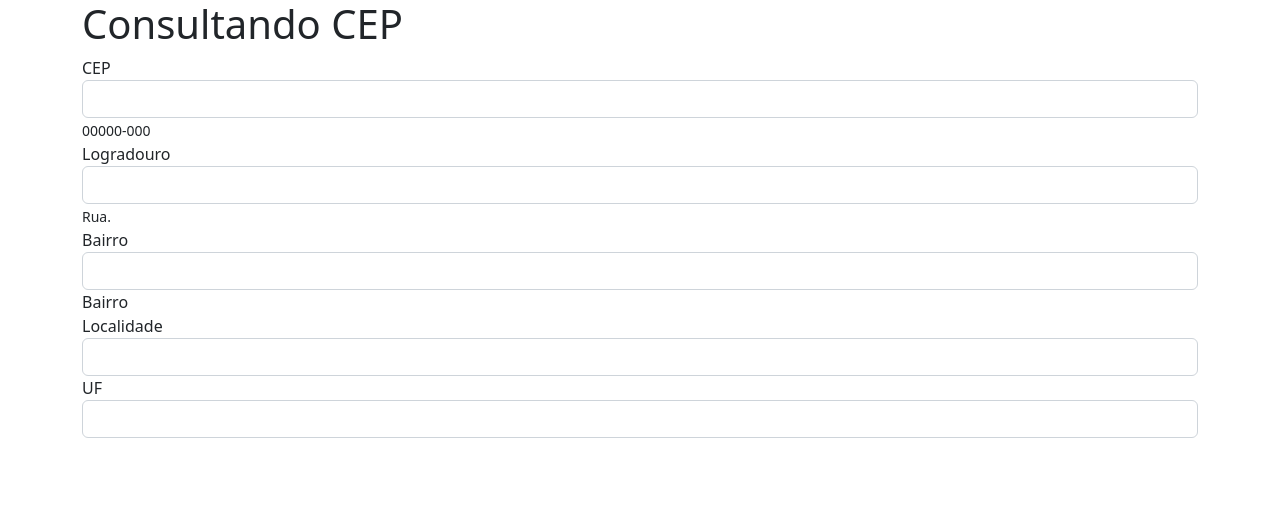
Repository: Mardoqueu/fetch-CEP
Page: index.html
These files come from the project's save history. The page is drawn as it stood at one moment and after a run of saves; the edit follows.
The browser window is 1280 px wide. The pictures show the whole page.

Above is the page before, as saved 2022-10-26 10:41:44.

### index.html
<!DOCTYPE html>
<html lang="pt-br">
<head>
  <meta charset="UTF-8">
  <meta http-equiv="X-UA-Compatible" content="IE=edge">
  <meta name="viewport" content="width=device-width, initial-scale=1.0">
  <title>Consulta CEP</title>
  <link rel="stylesheet" href="node_modules/bootstrap/dist/css/bootstrap.min.css">
</head>
<body>
    <div class="container">
      <h1>Consultando CEP</h1>
      <form>
        <div class="form-group"><label for="cep">CEP</label><input type="text" class="form-control" maxlength="9" id="cep"><small>00000-000</small></div>
        <div class="form-group"><label for="logradouro">Logradouro</label><input type="text" class="form-control" id="logradouro"><small>Rua.</small></div>
        <div class="form-group"><label for="bairro">Bairro</label><input type="text" class="form-control" id="bairro"><small></small>Bairro</div>
        <div class="form-group"><label for="Localidade">Localidade</label><input type="text" class="form-control" id="localidade"><small></small></div>
        <div class="form-group"><label for="uf">UF</label><input type="text" class="form-control" id="uf"><small></small></div>
      </form>
    </div>
    <script src="src/js/main.js"></script>
</body>
</html>

### src/js/main.js
const cep = document.querySelector('#cep')

cep.addEventListener('blur', (e) => {
    console.log(cep.value)
})

Loaded but not shown: node_modules/bootstrap/dist/css/bootstrap.min.css (library)

After the next 2 saves:
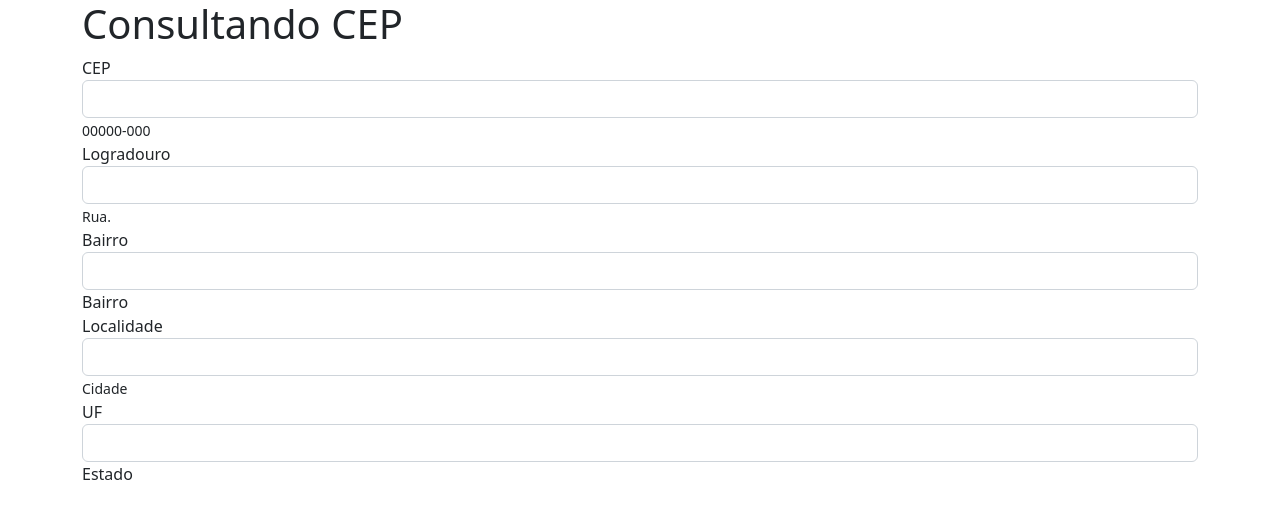
The 2 saves are shown as one change because they came seconds apart.
The last was saved 9 s later.
--- a/index.html
+++ b/index.html
@@ -14,8 +14,8 @@
         <div class="form-group"><label for="cep">CEP</label><input type="text" class="form-control" maxlength="9" id="cep"><small>00000-000</small></div>
         <div class="form-group"><label for="logradouro">Logradouro</label><input type="text" class="form-control" id="logradouro"><small>Rua.</small></div>
         <div class="form-group"><label for="bairro">Bairro</label><input type="text" class="form-control" id="bairro"><small></small>Bairro</div>
-        <div class="form-group"><label for="Localidade">Localidade</label><input type="text" class="form-control" id="localidade"><small></small></div>
-        <div class="form-group"><label for="uf">UF</label><input type="text" class="form-control" id="uf"><small></small></div>
+        <div class="form-group"><label for="Localidade">Localidade</label><input type="text" class="form-control" id="localidade"><small>Cidade </small></div>
+        <div class="form-group"><label for="uf">UF</label><input type="text" class="form-control" id="uf"><small></small>Estado</div>
       </form>
     </div>
     <script src="src/js/main.js"></script>
